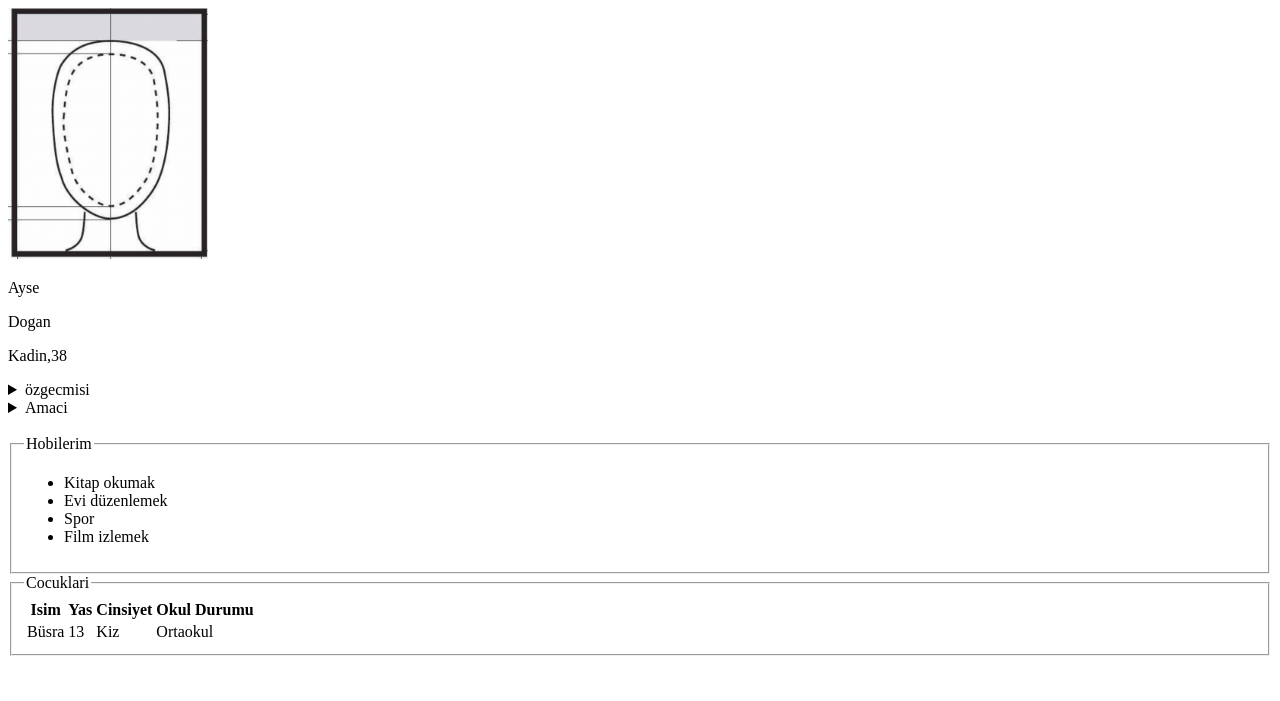
Repository: aysedo/html
Page: Week_2/profile/index.html
An editor plug-in stored every save of this project. The page is shown before and after the next save, followed by the edit.
The browser window is 1280 px wide. The pictures show the whole page.

Above is the page before, as saved 2021-08-25 23:30:12.

After the next save:
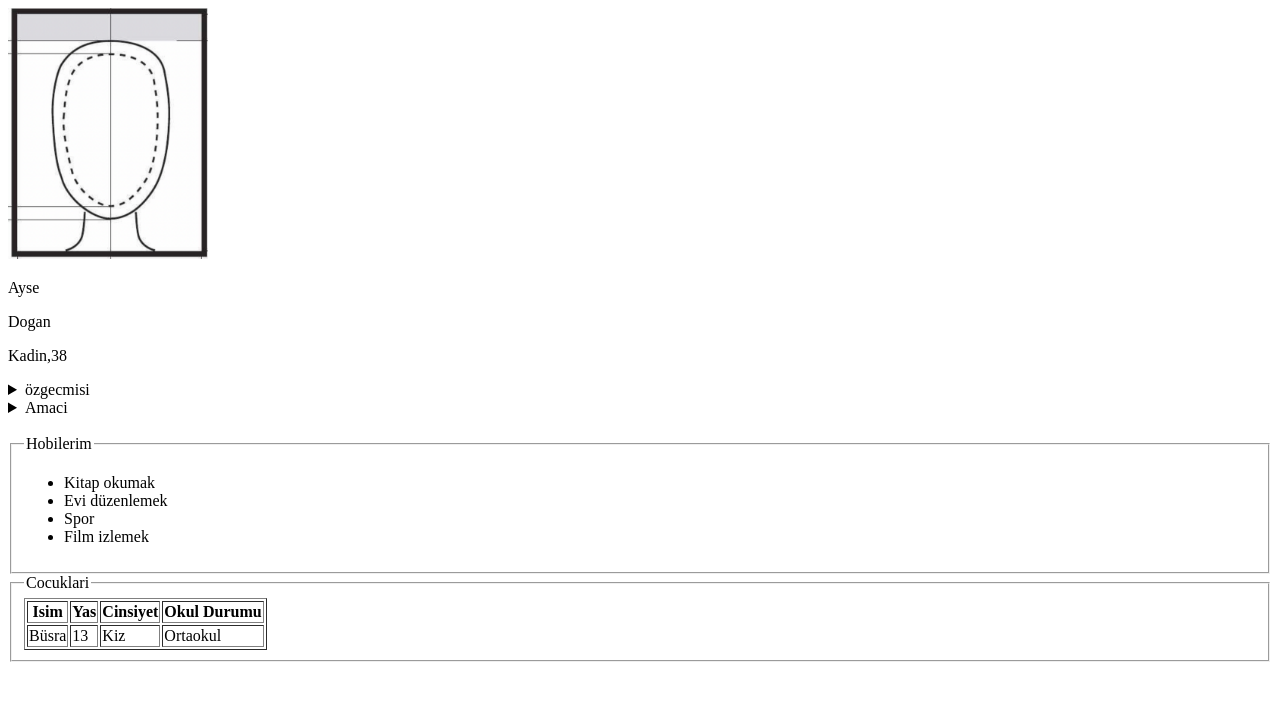
Saved 93 s later.
--- a/Week_2/profile/index.html
+++ b/Week_2/profile/index.html
@@ -41,7 +41,7 @@
               </fieldset>
               <fieldset>
                 <legend> Cocuklari</legend>
-                <table>
+                <table border="1">
                   <th> Isim </th>
                   <th> Yas </th>
                   <th> Cinsiyet</th>
